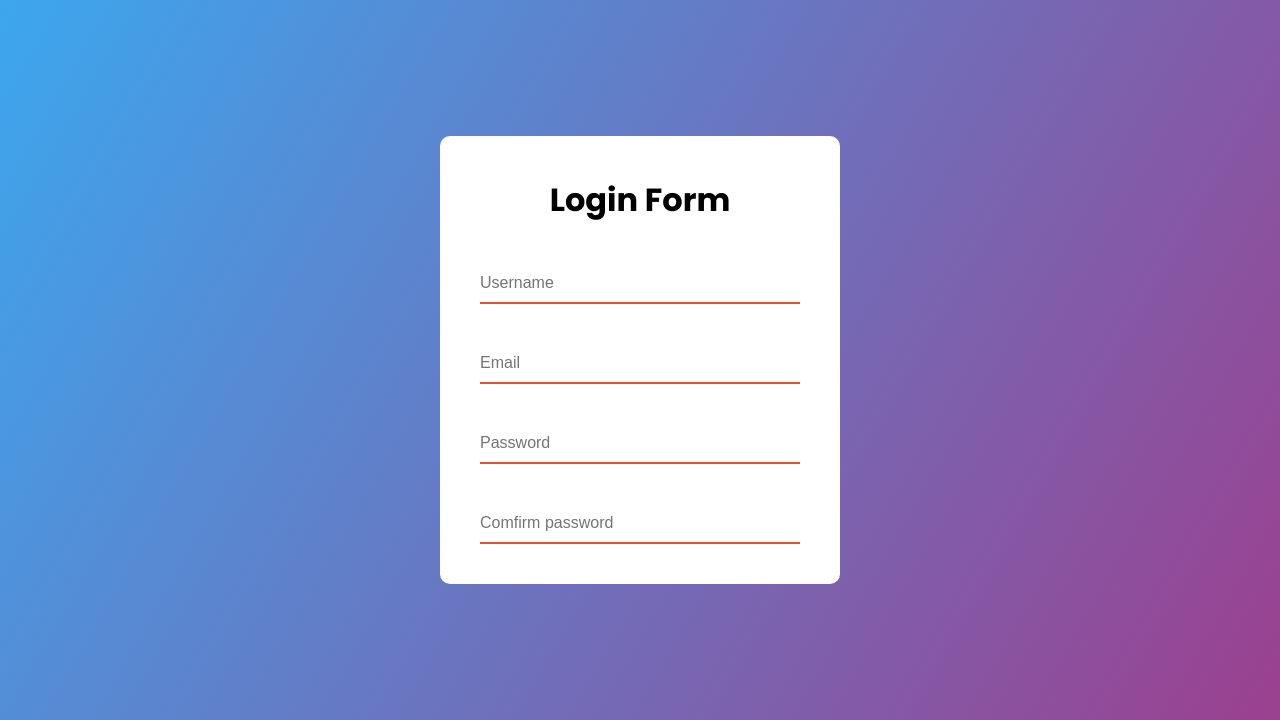
Repository: QUANGTHAI2003/Form-Validation
Page: index.html
The author's editor kept a copy of each file at every save. The page is drawn from the files as they stood at one save, then again after the next save.
The browser window is 1280 px wide. The pictures show the whole page.

Above is the page before, as saved 2022-03-13 14:20:19.

After the next save:
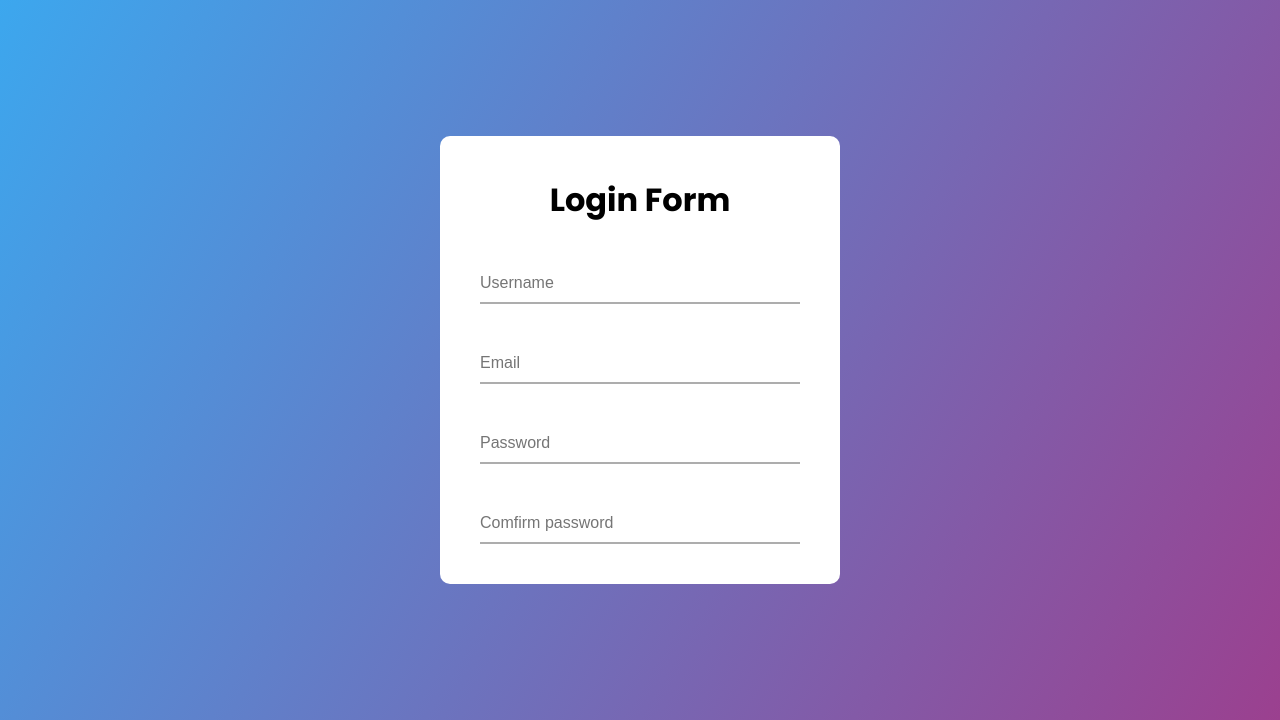
Saved 27 s later.
--- a/index.html
+++ b/index.html
@@ -10,22 +10,22 @@
     <body>
         <div class="container">
             <h1>Login Form</h1>
-            <div class="form-control error">
+            <div class="form-control">
                 <input type="text" placeholder="Username" />
                 <small></small>
                 <span></span>
             </div>
-            <div class="form-control error">
+            <div class="form-control">
                 <input type="email" placeholder="Email" />
                 <small></small>
                 <span></span>
             </div>
-            <div class="form-control error">
+            <div class="form-control">
                 <input type="password" placeholder="Password" />
                 <small></small>
                 <span></span>
             </div>
-            <div class="form-control error">
+            <div class="form-control">
                 <input type="password" placeholder="Comfirm password" />
                 <small></small>
                 <span></span>
